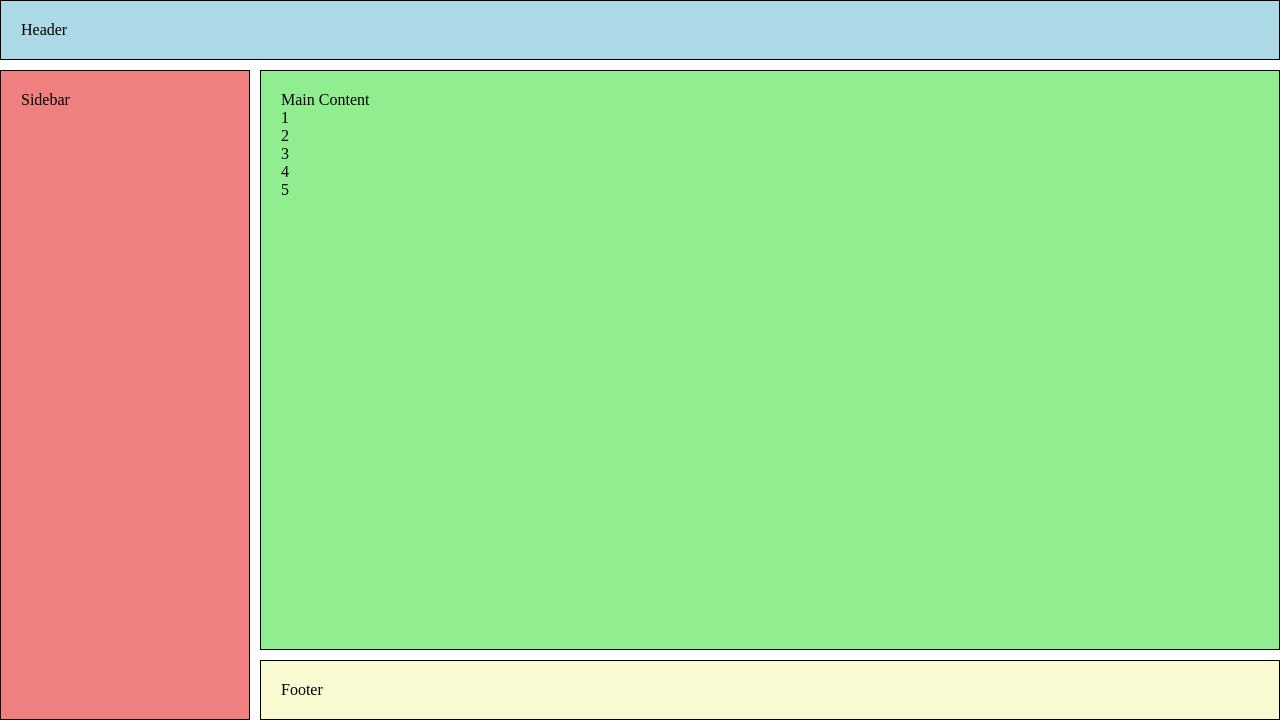
Repository: gustavotwist/desafio-grid
Page: assets/index.html
The author's editor kept a copy of each file at every save. The page is drawn from the files as they stood at one save, then again after the next save.
The browser window is 1280 px wide. The pictures show the whole page.

Above is the page before, as saved 2024-08-13 20:01:16.

### assets/index.html
<!DOCTYPE html>
<html lang="pt-BR">
<head>
    <meta charset="UTF-8">
    <meta name="viewport" content="width=device-width, initial-scale=1.0">
    <title>Desafio Grid</title>
    <link rel="stylesheet" href="css/style.css">
</head>
<body>
    <div class="container">
        <header>Header</header>
        <main class="content">Main Content
            <article>1</article>
            <article>2</article>
            <article>3</article>
            <article>4</article>
            <article>5</article>
        </main>
        <aside>Sidebar</aside>
        <footer>Footer</footer>
    </div>

</body>
</html>

### assets/css/style.css
html, body {
    height: 100%;
    margin: 0;
}

.container {
    display: grid;
    height: 100%;
    grid-template-columns: 250px 1fr 1fr 1fr;
    grid-template-rows: auto 1fr auto;
    grid-template-areas:
        "header header header header"
        "sidebar main main main"
        "sidebar footer footer footer";
    gap: 10px; /* Espaçamento entre os itens */
}

header {
    grid-area: header;
    background-color: lightblue;
}
aside {
    grid-area: sidebar;
    background-color: lightcoral;
}
main {
    grid-area: main;
    background-color: lightgreen;

}
footer {
    grid-area: footer;
    background-color: lightgoldenrodyellow;
}

/* Estilizações adicionais para melhor visualização */
header, aside, main, footer {
    padding: 20px;
    border: 1px solid #000;
}

After the next save:
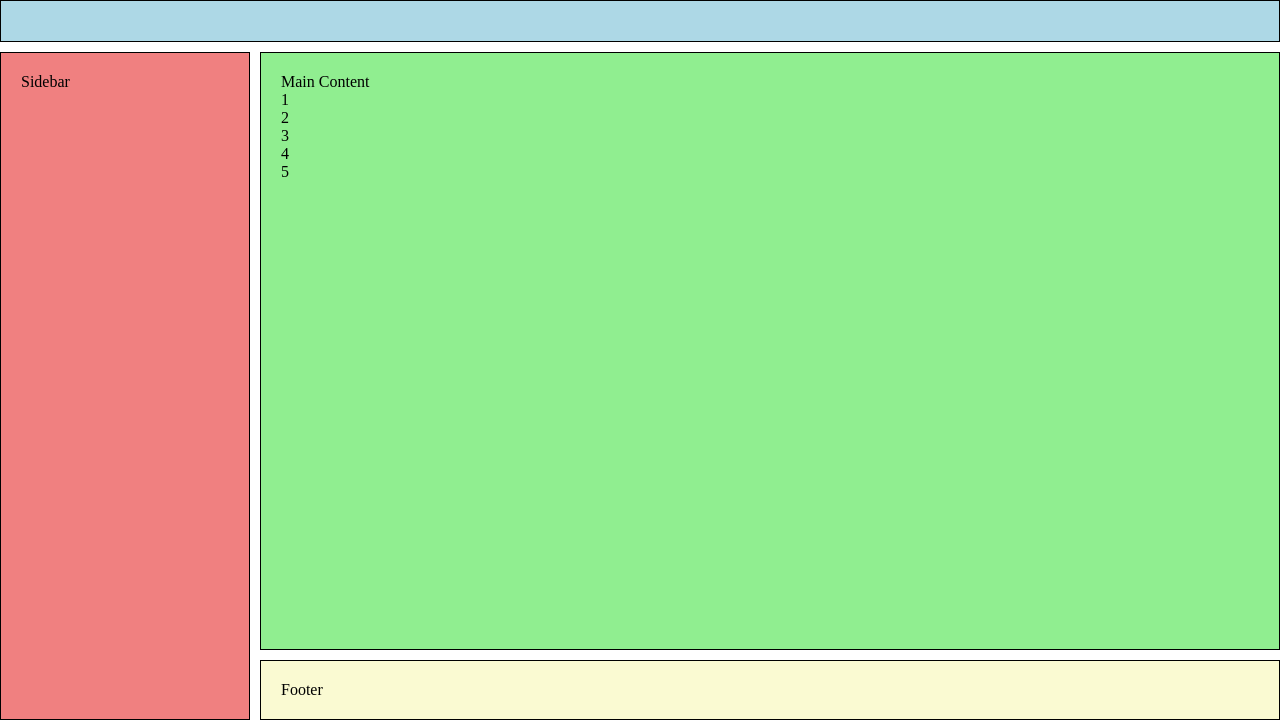
Saved 24 h 58 min later.
--- a/assets/index.html
+++ b/assets/index.html
@@ -8,7 +8,7 @@
 </head>
 <body>
     <div class="container">
-        <header>Header</header>
+        <header></header>
         <main class="content">Main Content
             <article>1</article>
             <article>2</article>

After the save that followed:
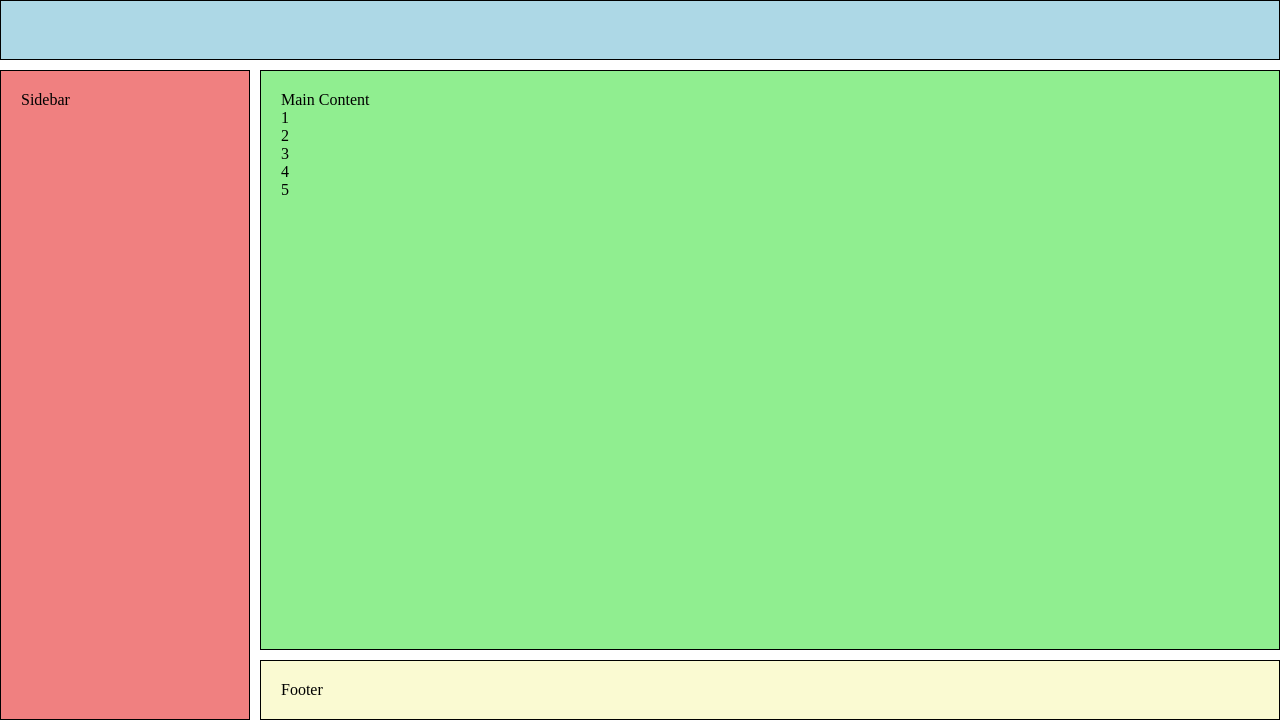
Saved 9 s later.
--- a/assets/index.html
+++ b/assets/index.html
@@ -8,7 +8,7 @@
 </head>
 <body>
     <div class="container">
-        <header></header>
+        <header><img src="" alt=""></header>
         <main class="content">Main Content
             <article>1</article>
             <article>2</article>
